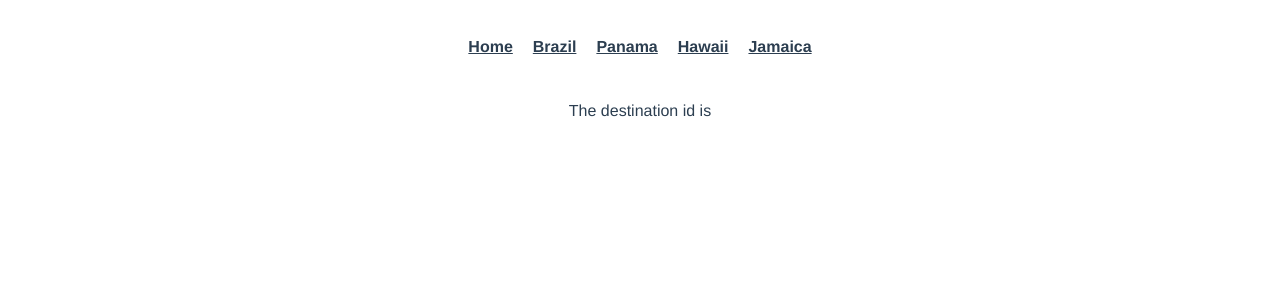
Repository: June-Hall/MiniTravelApp
Page: /#/details
The author's editor kept a copy of each file at every save. The page is drawn from the files as they stood at one save, then again after the next save.
The browser window is 1280 px wide. The pictures show the whole page.
The project was rebuilt for these pictures with package versions that can differ from the ones it lists, and the page was loaded fresh each time. Also part of the build but not shown: vue.config.js, src/store.js, src/views/HomeView.vue.

Above is the page before, as saved 2023-03-30 08:34:08.

### src/App.vue
<template>
  <nav>
    <TheNavigation />
  </nav>
  <router-view />
</template>

<script>
import TheNavigation from "./components/TheNavigation.vue";

export default {
  components: {
    TheNavigation,
  },
};
</script>

<style>
#app {
  font-family: Avenir, Helvetica, Arial, sans-serif;
  -webkit-font-smoothing: antialiased;
  -moz-osx-font-smoothing: grayscale;
  text-align: center;
  color: #2c3e50;
}
</style>

### src/router/index.js
import { createRouter, createWebHashHistory } from "vue-router";
import HomeView from "../views/HomeView.vue";

const routes = [
  {
    path: "/",
    name: "home",
    component: HomeView,
  },
  {
    path: "/about",
    name: "about",
    // route level code-splitting
    // this generates a separate chunk (about.[hash].js) for this route
    // which is lazy-loaded when the route is visited.
    component: () =>
      import(/* webpackChunkName: "about" */ "../views/AboutView.vue"),
  },
  {
    path: "/brazil",
    name: "brazil",
    component: () =>
      import(/* webpackChunkName: "brazil" */ "../views/BrazilView.vue"),
  },
  {
    path: "/hawaii",
    name: "hawaii",
    component: () =>
      import(/* webpackChunkName: "hawaii" */ "../views/HawaiiView.vue"),
  },
  {
    path: "/jamaica",
    name: "jamaica",
    component: () =>
      import(/* webpackChunkName: "jamaica" */ "../views/JamaicaView.vue"),
  },
  {
    path: "/panama",
    name: "panama",
    component: () =>
      import(/* webpackChunkName: "panama" */ "../views/PanamaView.vue"),
  },
  {
    path: "/details",
    name: "DestinationDetails",
    component: () =>
      import(
        /* webpackChunkName: "DestinationDetails" */ "../views/DestinationDetails.vue"
      ),
  },
];

const router = createRouter({
  history: createWebHashHistory(),
  routes,
});

export default router;

### src/components/TheNavigation.vue
<template>
  <nav id="nav">
    <router-link to="/">Home</router-link>
    <router-link to="/brazil">Brazil</router-link>
    <router-link to="/panama">Panama</router-link>
    <router-link to="/hawaii">Hawaii</router-link>
    <router-link to="/jamaica">Jamaica</router-link>
  </nav>
</template>

<style scoped>
#nav {
  display: flex;
  justify-content: center;
}

nav {
  padding: 30px;
}

nav a {
  font-weight: bold;
  color: #2c3e50;
  padding: 0 10px;
}

nav a.router-link-exact-active {
  color: #ab26ab;
}
</style>

### src/views/DestinationDetails.vue
<template>
<p>The destination id is {{ $route.params.id }}</p>
</template>

Loaded but not shown: public/index.html (common file); src/main.js (common file)

After the next save:
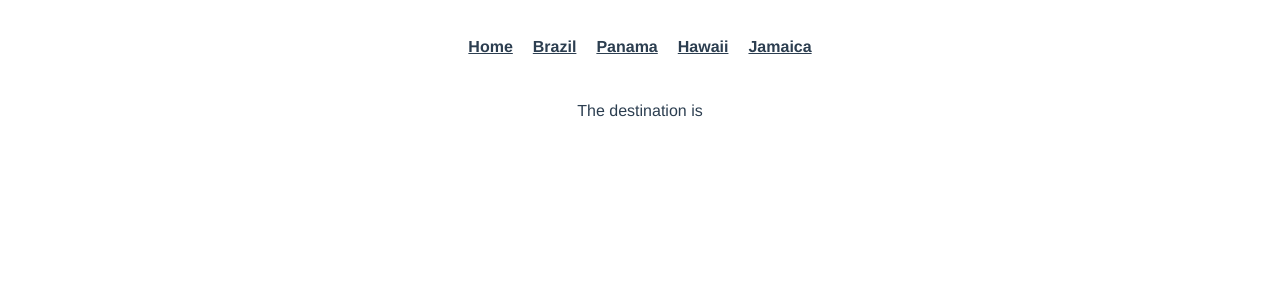
Saved 16 s later.
--- a/src/views/DestinationDetails.vue
+++ b/src/views/DestinationDetails.vue
@@ -1,3 +1,3 @@
 <template>
-<p>The destination id is {{ $route.params.id }}</p>
+  <p>The destination is {{ this.$route.params.id }}</p>
 </template>
